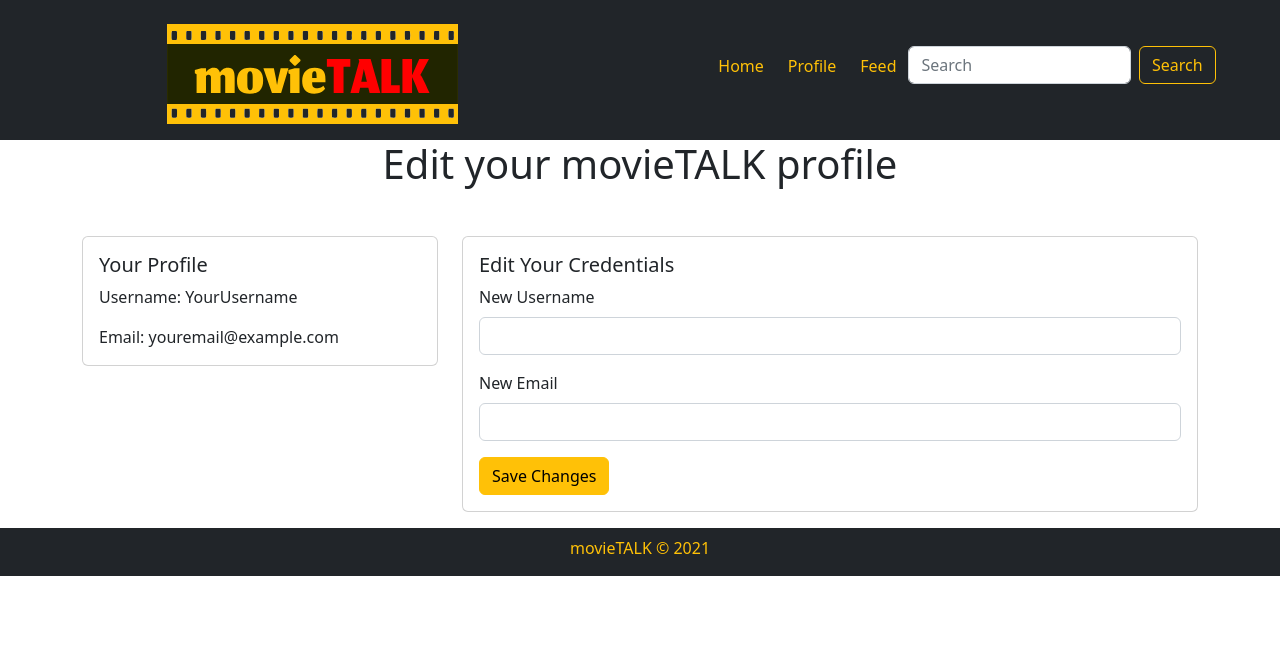
Repository: runeunhjem/css-frameworks-ca
Page: profile/index.html
The author's editor kept a copy of each file at every save. The page is drawn from the files as they stood at one save, then again after the next save.
The browser window is 1280 px wide. The pictures show the whole page.
The style sheet was rebuilt from its Sass, Less or Tailwind sources for each picture, by a compiler version that may differ from the author's.

Above is the page before, as saved 2023-08-28 16:36:16.

### profile/index.html
<!DOCTYPE html>
<html lang="en">
<head>
  <meta charset="UTF-8">
  <meta name="viewport" content="width=device-width, initial-scale=1.0">
  <link rel="stylesheet" href="../dist/css/index.css">
  <script src="../js/bootstrap.bundle.min.js" type="module"></script>
  <!-- <script src="js/main.js"></script> -->
  <title>movieTALK | Home</title>
</head>
<body>
  <header>
    <nav class="navbar navbar-expand-md pt-4 bg-dark align-items-center">
      <a class="navbar-brand header-logo mb-2" href="../index.html" alt="movieTALK Logo"><span class="visually-hidden">Home</span></a>
      <div class="container-fluid d-flex align-items-start justify-content-center max-width-800 ">
        <div class="row  max-width-800 align-items-center">
          <div class="col-4 justify-content-around col-sm-4 col-md-6 m-1">
            <button class="btn-outline-warning navbar-toggler bg-warning mb-2 me-3" type="button" data-bs-toggle="collapse" data-bs-target="#navbarSupportedContent" aria-controls="navbarSupportedContent" aria-expanded="false" aria-label="Toggle navigation">
              <span class="navbar-toggler-icon"></span>
            </button>
            <div class="collapse navbar-collapse text-primary" id="navbarSupportedContent">
              <ul class="navbar-nav mb-lg-2">
                <li class="nav-item me-2">
                  <a class="nav-link text-warning active rounded-2 ps-2" aria-current="page" href="../index.html">Home</a>
                </li>
                <li class="nav-item me-2">
                  <a class="nav-link text-warning rounded-2 ps-2" href="index.html">Profile</a>
                </li>
                <li class="nav-item mb-3">
                  <a class="nav-link text-warning rounded-2 ps-2" href="../feed/index.html">Feed</a>
                </li>
              </ul>
            </div>
          </div>
        </div>
          <div class="col-8 col-sm-8 col-md-6 d-flex align-items-start justify-content-end">
            <form class="d-flex mt-1" role="search">
              <input class="form-control me-2 max-width-300" type="search" placeholder="Search" aria-label="Search">
              <button class="btn btn-outline-warning" type="submit">Search</button>
            </form>
        </div>
      </div>
      </div>
    </nav>
  </header>
  <h1 class="text-center">Edit your movieTALK profile</span></h1>
  <main class="container mt-5">
          <div class="row">
              <div class="col-md-4">
                  <!-- User Profile Information -->
                  <div class="card">
                      <div class="card-body">
                          <h5 class="card-title">Your Profile</h5>
                          <p class="card-text">Username: <span id="username">YourUsername</span></p>
                          <p class="card-text">Email: <span id="email">youremail@example.com</span></p>
                          <!-- Add more user details here -->
                      </div>
                  </div>
              </div>

              <div class="col-md-8">
                  <!-- Edit User Credentials Form -->
                  <div class="card">
                      <div class="card-body">
                          <h5 class="card-title">Edit Your Credentials</h5>
                          <form id="edit-profile-form">
                              <div class="mb-3">
                                  <label for="new-username" class="form-label">New Username</label>
                                  <input type="text" class="form-control" id="new-username" name="new-username" required>
                              </div>
                              <div class="mb-3">
                                  <label for="new-email" class="form-label">New Email</label>
                                  <input type="email" class="form-control" id="new-email" name="new-email" required>
                              </div>
                              <!-- Add more fields as needed -->
                              <button type="submit" class="btn btn-warning">Save Changes</button>
                          </form>
                      </div>
                  </div>
              </div>
          </div>
      </main>
  <footer mt-3>
    <div class="container-fluid bg-dark mt-3">
      <div class="row">
        <div class="col">
          <p class="text-center text-warning mt-2">movieTALK &copy; 2021</p>
        </div>
      </div>
    </div>
  </footer>
</body>
</html>

### src/scss/index.scss
@import "variables";
@import "../../node_modules/bootstrap/scss/bootstrap";
@import "navbar";

.header-logo {
  background-image: url("../../img/logo-yellow.svg");
  background-size: contain;
  background-repeat: no-repeat;
  background-position: center;
  width: 100%;
  height: 100px;
}

.max-width-800 {
  max-width: 800px;
}
.max-width-300 {
  max-width: 300px;
}

// .navbar-collapse.show {
//   background-color: #ffc107;
// }
// .navbar-nav {
//   .nav-link-hover {
//     &:hover {
//       color:#ffc107;
//       background-color: #ff3c3c;
//       a {
//       }
//     }
//   // background-color: #fdcd2d;
//   }
// }

.nav-link {
  // width: 100%;
  // text-indent: 6px;
  &:hover {
    // transition: all 0.3s ease-in-out;
    // padding: 0px 12px;
    background-color: #ffc107;
    color: #886f3a !important;
    border-radius: 8px;
    // text-indent: 4px;
    // background-color: #ffc107;
    // border: 1px solid #ffc107;
    // background-color: #5c4141;
    // margin: 0px;
    // a {
      //   color: #fff;
      // }
  }
  // a.nav-link {
  //   // width: 60px;
  //   // color: #ffc107;
  // }
  .active {
    color: #b84545;
  }
}

  // .navbar-collapse {
  //   width: 100px;
  //   // color: #ff07ea !important;
  //   // background-color: #b84545;
  // }

### src/scss/_variables.scss
// Variables
//
// Variables should follow the `$component-state-property-size` formula for
// consistent naming. Ex: $nav-link-disabled-color and $modal-content-box-shadow-xs.

// Color system

// scss-docs-start gray-color-variables
$white:    #fff;
$gray-100: #f8f9fa;
$gray-200: #e9ecef;
$gray-300: #dee2e6;
$gray-400: #ced4da;
$gray-500: #adb5bd;
$gray-600: #6c757d;
$gray-700: #495057;
$gray-800: #343a40;
$gray-900: #212529;
$black:    #000;
// scss-docs-end gray-color-variables

// fusv-disable
// scss-docs-start gray-colors-map
$grays: (
  "100": $gray-100,
  "200": $gray-200,
  "300": $gray-300,
  "400": $gray-400,
  "500": $gray-500,
  "600": $gray-600,
  "700": $gray-700,
  "800": $gray-800,
  "900": $gray-900
);
// scss-docs-end gray-colors-map
// fusv-enable

// scss-docs-start color-variables
$blue:    #0d6efd;
$indigo:  #6610f2;
$purple:  #6f42c1;
$pink:    #d63384;
$red:     #dc3545;
$orange:  #fd7e14;
$yellow:  #ffc107;
$green:   #198754;
$teal:    #20c997;
$cyan:    #0dcaf0;
// scss-docs-end color-variables

// scss-docs-start colors-map
$colors: (
  "blue":       $blue,
  "indigo":     $indigo,
  "purple":     $purple,
  "pink":       $pink,
  "red":        $red,
  "orange":     $orange,
  "yellow":     $yellow,
  "green":      $green,
  "teal":       $teal,
  "cyan":       $cyan,
  "black":      $black,
  "white":      $white,
  "gray":       $gray-600,
  "gray-dark":  $gray-800
);
// scss-docs-end colors-map

// The contrast ratio to reach against white, to determine if color changes from "light" to "dark". Acceptable values for WCAG 2.0 are 3, 4.5 and 7.
// See https://www.w3.org/TR/WCAG20/#visual-audio-contrast-contrast
$min-contrast-ratio:   4.5;

// Customize the light and dark text colors for use in our color contrast function.
$color-contrast-dark:      $black;
$color-contrast-light:     $white;

### src/scss/_navbar.scss
// // Navbar
// //
// // Provide a static navbar from which we expand to create full-width, fixed, and
// // other navbar variations.

// .navbar {
//   // scss-docs-start navbar-css-vars
//   --#{$prefix}navbar-padding-x: #{if($navbar-padding-x == null, 0, $navbar-padding-x)};
//   --#{$prefix}navbar-padding-y: #{$navbar-padding-y};
//   --#{$prefix}navbar-color: #{$navbar-light-color};
//   --#{$prefix}navbar-hover-color: #{$navbar-light-hover-color};
//   --#{$prefix}navbar-disabled-color: #{$navbar-light-disabled-color};
//   --#{$prefix}navbar-active-color: #{$navbar-light-active-color};
//   --#{$prefix}navbar-brand-padding-y: #{$navbar-brand-padding-y};
//   --#{$prefix}navbar-brand-margin-end: #{$navbar-brand-margin-end};
//   --#{$prefix}navbar-brand-font-size: #{$navbar-brand-font-size};
//   --#{$prefix}navbar-brand-color: #{$navbar-light-brand-color};
//   --#{$prefix}navbar-brand-hover-color: #{$navbar-light-brand-hover-color};
//   --#{$prefix}navbar-nav-link-padding-x: #{$navbar-nav-link-padding-x};
//   --#{$prefix}navbar-toggler-padding-y: #{$navbar-toggler-padding-y};
//   --#{$prefix}navbar-toggler-padding-x: #{$navbar-toggler-padding-x};
//   --#{$prefix}navbar-toggler-font-size: #{$navbar-toggler-font-size};
//   --#{$prefix}navbar-toggler-icon-bg: #{escape-svg($navbar-light-toggler-icon-bg)};
//   --#{$prefix}navbar-toggler-border-color: #{$navbar-light-toggler-border-color};
//   --#{$prefix}navbar-toggler-border-radius: #{$navbar-toggler-border-radius};
//   --#{$prefix}navbar-toggler-focus-width: #{$navbar-toggler-focus-width};
//   --#{$prefix}navbar-toggler-transition: #{$navbar-toggler-transition};
//   // scss-docs-end navbar-css-vars

//   position: relative;
//   display: flex;
//   flex-wrap: wrap; // allow us to do the line break for collapsing content
//   align-items: center;
//   justify-content: space-between; // space out brand from logo
//   padding: var(--#{$prefix}navbar-padding-y) var(--#{$prefix}navbar-padding-x);
//   @include gradient-bg();

//   // Because flex properties aren't inherited, we need to redeclare these first
//   // few properties so that content nested within behave properly.
//   // The `flex-wrap` property is inherited to simplify the expanded navbars
//   %container-flex-properties {
//     display: flex;
//     flex-wrap: inherit;
//     align-items: center;
//     justify-content: space-between;
//   }

//   > .container,
//   > .container-fluid {
//     @extend %container-flex-properties;
//   }

//   @each $breakpoint, $container-max-width in $container-max-widths {
//     > .container#{breakpoint-infix($breakpoint, $container-max-widths)} {
//       @extend %container-flex-properties;
//     }
//   }
// }


// // Navbar brand
// //
// // Used for brand, project, or site names.

// .navbar-brand {
//   padding-top: var(--#{$prefix}navbar-brand-padding-y);
//   padding-bottom: var(--#{$prefix}navbar-brand-padding-y);
//   margin-right: var(--#{$prefix}navbar-brand-margin-end);
//   @include font-size(var(--#{$prefix}navbar-brand-font-size));
//   color: var(--#{$prefix}navbar-brand-color);
//   text-decoration: if($link-decoration == none, null, none);
//   white-space: nowrap;

//   &:hover,
//   &:focus {
//     color: var(--#{$prefix}navbar-brand-hover-color);
//     text-decoration: if($link-hover-decoration == underline, none, null);
//   }
// }


// Navbar nav
//
// Custom navbar navigation (doesn't require `.nav`, but does make use of `.nav-link`).

.navbar-nav {
  // scss-docs-start navbar-nav-css-vars
  --#{$prefix}nav-link-padding-x: 0;
  --#{$prefix}nav-link-padding-y: #{$nav-link-padding-y};
  @include rfs($nav-link-font-size, --#{$prefix}nav-link-font-size);
  --#{$prefix}nav-link-font-weight: #{$nav-link-font-weight};
  --#{$prefix}nav-link-color: var(--#{$prefix}navbar-color);
  --#{$prefix}nav-link-hover-color: var(--#{$prefix}navbar-hover-color);
  --#{$prefix}nav-link-disabled-color: var(--#{$prefix}navbar-disabled-color);
  // scss-docs-end navbar-nav-css-vars

  display: flex;
  flex-direction: column; // cannot use `inherit` to get the `.navbar`s value
  padding-left: 0;
  margin-bottom: 0;
  list-style: none;

  .show > .nav-link,
  .nav-link.active {
    color: var(--#{$prefix}navbar-active-color);
  }

  .dropdown-menu {
    position: static;
  }
}


// Navbar text
//
//

.navbar-text {
  padding-top: $nav-link-padding-y;
  padding-bottom: $nav-link-padding-y;
  color: var(--#{$prefix}navbar-color);

  a,
  a:hover,
  a:focus  {
    color: var(--#{$prefix}navbar-active-color);
  }
}


// Responsive navbar
//
// Custom styles for responsive collapsing and toggling of navbar contents.
// Powered by the collapse Bootstrap JavaScript plugin.

// When collapsed, prevent the toggleable navbar contents from appearing in
// the default flexbox row orientation. Requires the use of `flex-wrap: wrap`
// on the `.navbar` parent.
.navbar-collapse {
  flex-basis: 100%;
  flex-grow: 1;
  // For always expanded or extra full navbars, ensure content aligns itself
  // properly vertically. Can be easily overridden with flex utilities.
  align-items: center;
}

// Button for toggling the navbar when in its collapsed state
.navbar-toggler {
  padding: var(--#{$prefix}navbar-toggler-padding-y) var(--#{$prefix}navbar-toggler-padding-x);
  @include font-size(var(--#{$prefix}navbar-toggler-font-size));
  line-height: 1;
  color: var(--#{$prefix}navbar-color);
  background-color: transparent; // remove default button style
  border: var(--#{$prefix}border-width) solid var(--#{$prefix}navbar-toggler-border-color); // remove default button style
  @include border-radius(var(--#{$prefix}navbar-toggler-border-radius));
  @include transition(var(--#{$prefix}navbar-toggler-transition));

  &:hover {
    text-decoration: none;
  }

  &:focus {
    text-decoration: none;
    background-color: $yellow;
    outline: 0;
    box-shadow: 0 0 0 var(--#{$prefix}navbar-toggler-focus-width);
  }
}

// Keep as a separate element so folks can easily override it with another icon
// or image file as needed.
.navbar-toggler-icon {
  display: inline-block;
  width: 1.5em;
  height: 1.5em;
  vertical-align: middle;
  background-image: var(--#{$prefix}navbar-toggler-icon-bg);
  background-repeat: no-repeat;
  background-position: center;
  background-size: 100%;
}

.navbar-nav-scroll {
  max-height: var(--#{$prefix}scroll-height, 75vh);
  overflow-y: auto;
}

// scss-docs-start navbar-expand-loop
// Generate series of `.navbar-expand-*` responsive classes for configuring
// where your navbar collapses.
.navbar-expand {
  @each $breakpoint in map-keys($grid-breakpoints) {
    $next: breakpoint-next($breakpoint, $grid-breakpoints);
    $infix: breakpoint-infix($next, $grid-breakpoints);

    // stylelint-disable-next-line scss/selector-no-union-class-name
    &#{$infix} {
      @include media-breakpoint-up($next) {
        flex-wrap: nowrap;
        justify-content: flex-start;

        .navbar-nav {
          flex-direction: row;

          .dropdown-menu {
            position: absolute;
          }

          .nav-link {
            padding-right: var(--#{$prefix}navbar-nav-link-padding-x);
            padding-left: var(--#{$prefix}navbar-nav-link-padding-x);
          }
        }

        .navbar-nav-scroll {
          overflow: visible;
        }

        .navbar-collapse {
          display: flex !important; // stylelint-disable-line declaration-no-important
          flex-basis: auto;
        }

        .navbar-toggler {
          display: none;
        }

        .offcanvas {
          // stylelint-disable declaration-no-important
          position: static;
          z-index: auto;
          flex-grow: 1;
          width: auto !important;
          height: auto !important;
          visibility: visible !important;
          background-color: transparent !important;
          border: 0 !important;
          transform: none !important;
          @include box-shadow(none);
          @include transition(none);
          // stylelint-enable declaration-no-important

          .offcanvas-header {
            display: none;
          }

          .offcanvas-body {
            display: flex;
            flex-grow: 0;
            padding: 0;
            overflow-y: visible;
          }
        }
      }
    }
  }
}
// scss-docs-end navbar-expand-loop

// Navbar themes
//
// Styles for switching between navbars with light or dark background.

.navbar-light {
  @include deprecate("`.navbar-light`", "v5.2.0", "v6.0.0", true);
}

.navbar-dark {
  --#{$prefix}navbar-color: #{$navbar-dark-color};
  --#{$prefix}navbar-hover-color: #{$navbar-dark-hover-color};
  --#{$prefix}navbar-disabled-color: #{$navbar-dark-disabled-color};
  --#{$prefix}navbar-active-color: #{$navbar-dark-active-color};
  --#{$prefix}navbar-brand-color: #{$navbar-dark-brand-color};
  --#{$prefix}navbar-brand-hover-color: #{$navbar-dark-brand-hover-color};
  --#{$prefix}navbar-toggler-border-color: #{$navbar-dark-toggler-border-color};
  --#{$prefix}navbar-toggler-icon-bg: #{escape-svg($navbar-dark-toggler-icon-bg)};
}

Loaded but not shown: js/bootstrap.bundle.min.js (library)

After the next save:
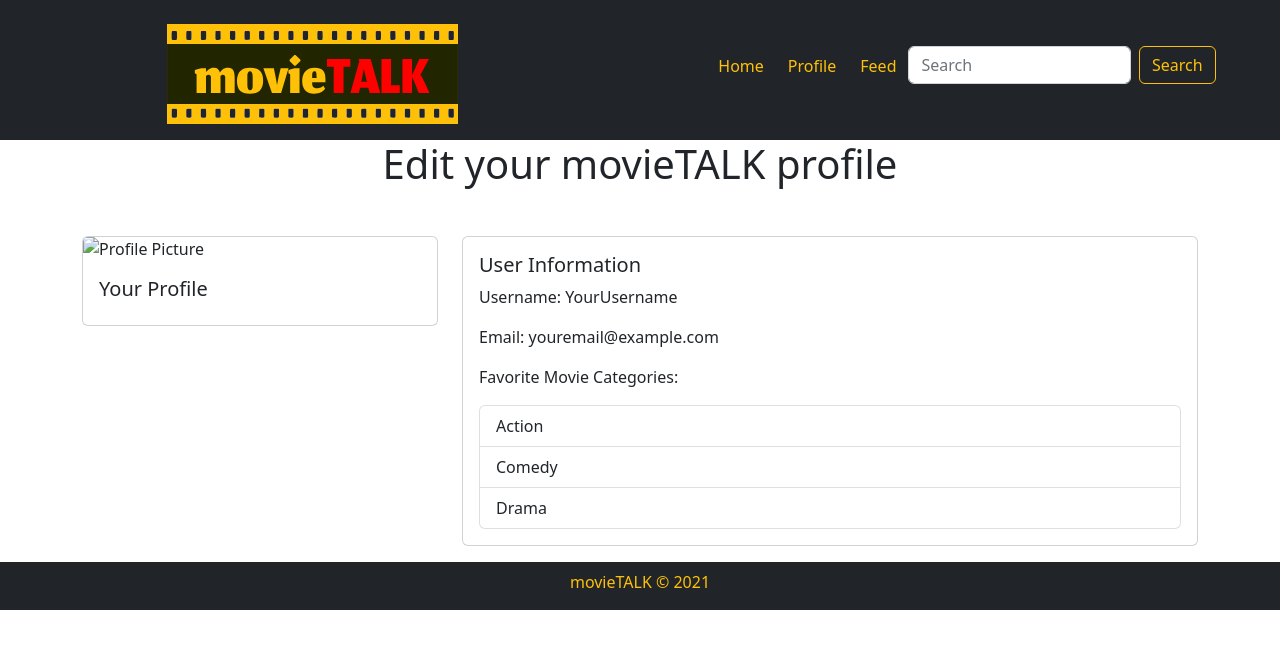
Not found: profile/path_to_profile_picture.jpg
Saved 3 min 24 s later.
--- a/profile/index.html
+++ b/profile/index.html
@@ -45,41 +45,36 @@
   </header>
   <h1 class="text-center">Edit your movieTALK profile</span></h1>
   <main class="container mt-5">
-          <div class="row">
-              <div class="col-md-4">
-                  <!-- User Profile Information -->
-                  <div class="card">
-                      <div class="card-body">
-                          <h5 class="card-title">Your Profile</h5>
-                          <p class="card-text">Username: <span id="username">YourUsername</span></p>
-                          <p class="card-text">Email: <span id="email">youremail@example.com</span></p>
-                          <!-- Add more user details here -->
-                      </div>
-                  </div>
-              </div>
+        <div class="row">
+            <div class="col-md-4">
+                <!-- Profile Picture -->
+                <div class="card">
+                    <img src="path_to_profile_picture.jpg" class="card-img-top" alt="Profile Picture">
+                    <div class="card-body">
+                        <h5 class="card-title">Your Profile</h5>
+                    </div>
+                </div>
+            </div>
 
-              <div class="col-md-8">
-                  <!-- Edit User Credentials Form -->
-                  <div class="card">
-                      <div class="card-body">
-                          <h5 class="card-title">Edit Your Credentials</h5>
-                          <form id="edit-profile-form">
-                              <div class="mb-3">
-                                  <label for="new-username" class="form-label">New Username</label>
-                                  <input type="text" class="form-control" id="new-username" name="new-username" required>
-                              </div>
-                              <div class="mb-3">
-                                  <label for="new-email" class="form-label">New Email</label>
-                                  <input type="email" class="form-control" id="new-email" name="new-email" required>
-                              </div>
-                              <!-- Add more fields as needed -->
-                              <button type="submit" class="btn btn-warning">Save Changes</button>
-                          </form>
-                      </div>
-                  </div>
-              </div>
-          </div>
-      </main>
+            <div class="col-md-8">
+                <!-- User Information -->
+                <div class="card">
+                    <div class="card-body">
+                        <h5 class="card-title">User Information</h5>
+                        <p class="card-text">Username: <span id="username">YourUsername</span></p>
+                        <p class="card-text">Email: <span id="email">youremail@example.com</span></p>
+                        <p class="card-text">Favorite Movie Categories:</p>
+                        <ul class="list-group">
+                            <li class="list-group-item">Action</li>
+                            <li class="list-group-item">Comedy</li>
+                            <li class="list-group-item">Drama</li>
+                            <!-- Add more categories as needed -->
+                        </ul>
+                    </div>
+                </div>
+            </div>
+        </div>
+    </main>
   <footer mt-3>
     <div class="container-fluid bg-dark mt-3">
       <div class="row">
